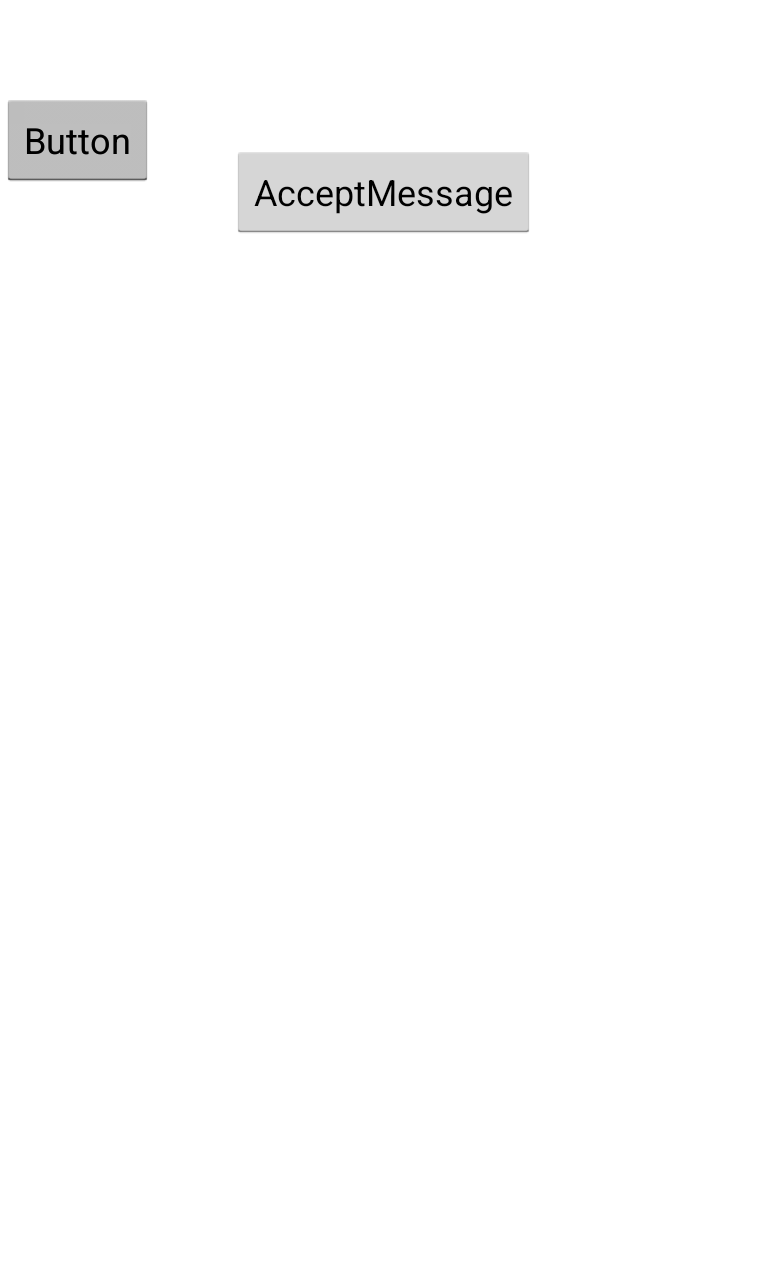
Repository: srivast6/SafeWalk
Layout: android/SafeWalk/res/layout/pop_up.xml
The author's editor kept a copy of each file at every save. The layout is drawn from the files as they stood at one save, then again after the next save.
It is drawn on a 768 x 1280 px phone screen (xhdpi) without system bars, with theme android:Theme.Holo.Light; the app's code is not run.

Above is the layout before, as saved 2013-11-20 00:48:43.

### android/SafeWalk/res/layout/pop_up.xml
<?xml version="1.0" encoding="utf-8"?>
<LinearLayout xmlns:android="http://schemas.android.com/apk/res/android"
    style="?android:attr/buttonBarStyle"
    android:layout_width="fill_parent"
    android:layout_height="fill_parent"
    android:layout_weight="0"
    android:orientation="horizontal" >

    <RelativeLayout
        android:layout_width="match_parent"
        android:layout_height="match_parent" >

        <Button
            android:id="@+id/acceptMessage"
            android:layout_width="wrap_content"
            android:layout_height="wrap_content"
            android:layout_alignParentTop="true"
            android:layout_centerHorizontal="true"
            android:layout_marginTop="72dp"
            android:text="AcceptMessage" />

        <Button
            android:id="@+id/button2"
            android:layout_width="wrap_content"
            android:layout_height="wrap_content"
            android:layout_below="@+id/button1"
            android:layout_marginTop="46dp"
            android:layout_toLeftOf="@+id/button1"
            android:text="Button" />

        <Button
            android:id="@+id/button3"
            android:layout_width="wrap_content"
            android:layout_height="wrap_content"
            android:layout_alignBaseline="@+id/button2"
            android:layout_alignBottom="@+id/button2"
            android:layout_toRightOf="@+id/button1"
            android:text="Button" />

    </RelativeLayout>

</LinearLayout>

After the next save:
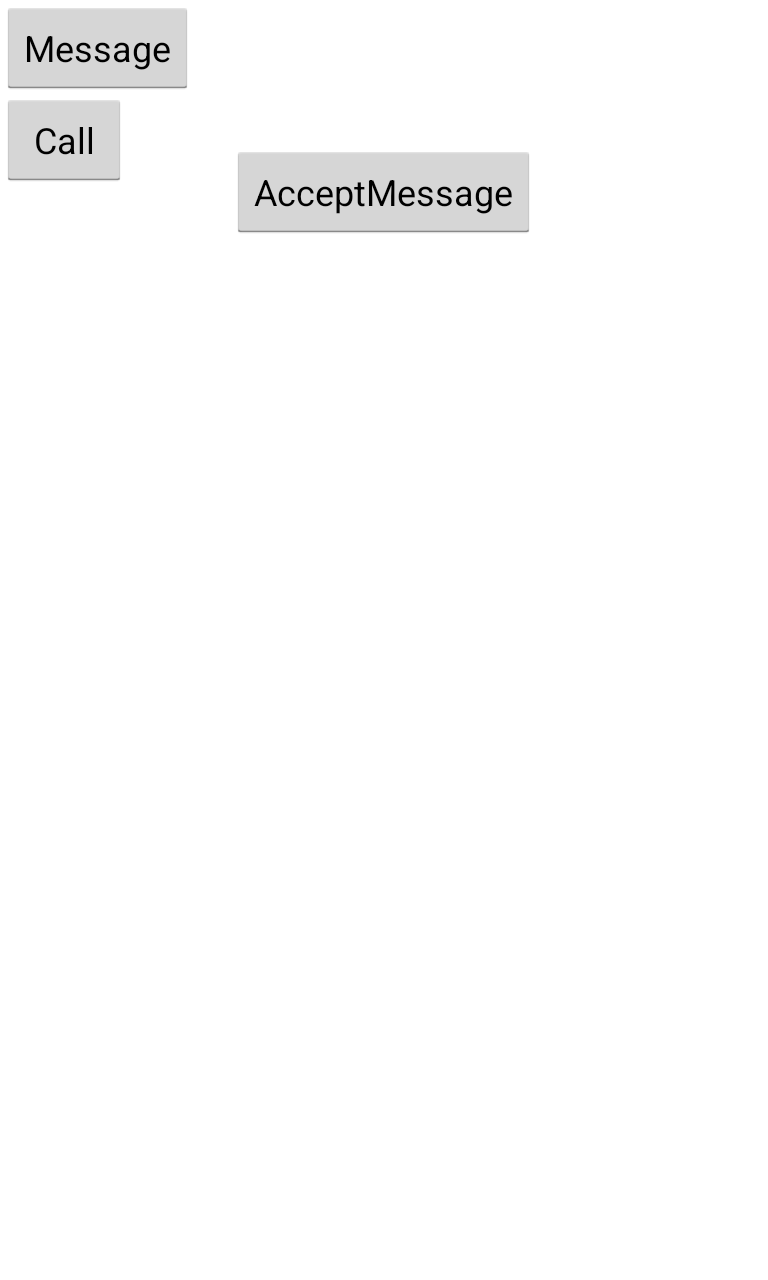
Saved 47 s later.
--- a/android/SafeWalk/res/layout/pop_up.xml
+++ b/android/SafeWalk/res/layout/pop_up.xml
@@ -20,22 +20,22 @@
             android:text="AcceptMessage" />
 
         <Button
-            android:id="@+id/button2"
+            android:id="@+id/callButton"
             android:layout_width="wrap_content"
             android:layout_height="wrap_content"
             android:layout_below="@+id/button1"
             android:layout_marginTop="46dp"
             android:layout_toLeftOf="@+id/button1"
-            android:text="Button" />
+            android:text="Call" />
 
         <Button
-            android:id="@+id/button3"
+            android:id="@+id/messageButton"
             android:layout_width="wrap_content"
             android:layout_height="wrap_content"
             android:layout_alignBaseline="@+id/button2"
             android:layout_alignBottom="@+id/button2"
             android:layout_toRightOf="@+id/button1"
-            android:text="Button" />
+            android:text="Message" />
 
     </RelativeLayout>
 
